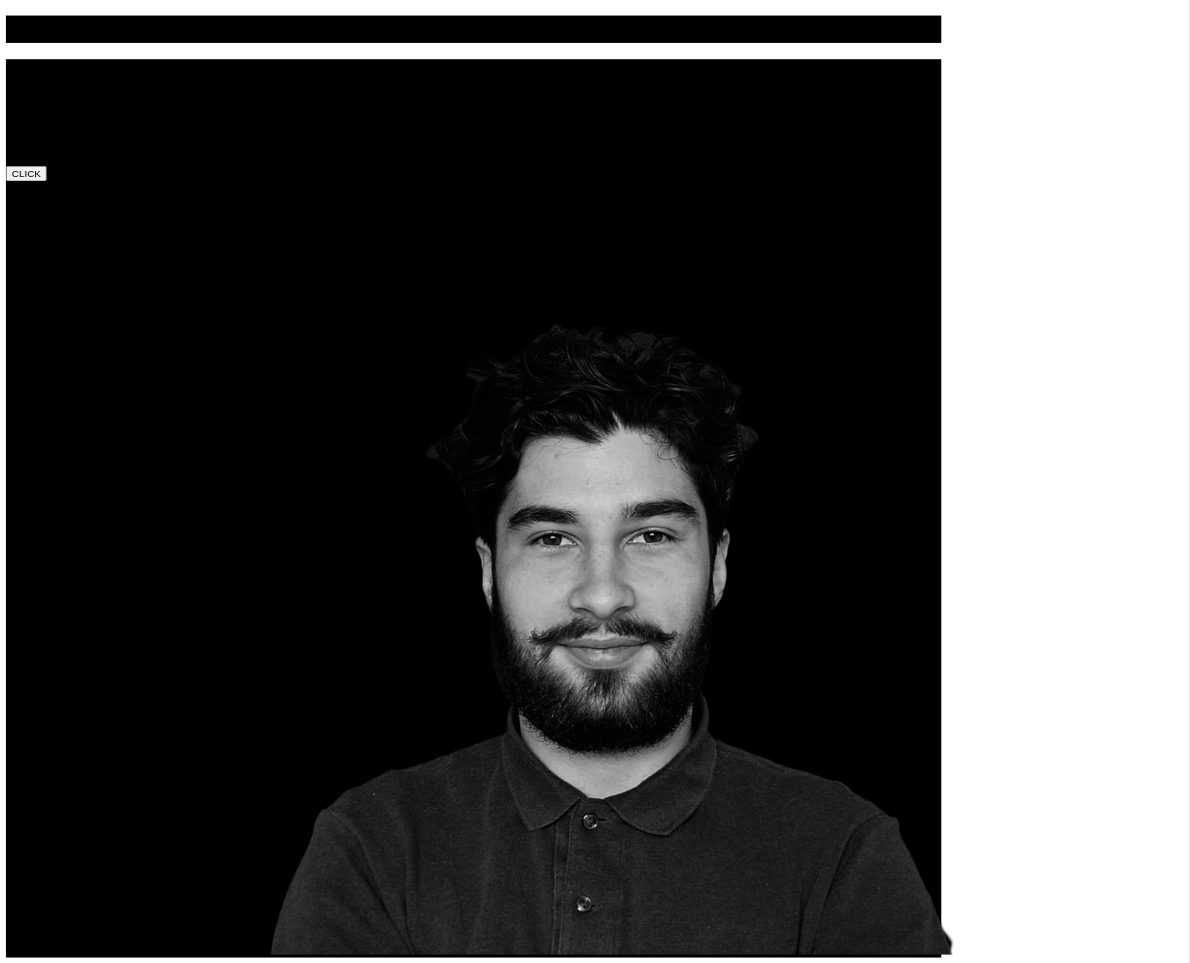
Repository: romgrm/portfolioRomgrm
Page: /
These files come from the project's save history. The page is drawn as it stood at one moment and after a run of saves; the edit follows.
The browser window is 1280 px wide. The page is 1608 px wide, so the pictures cover 1608 px, including what lies to the right of the window. The pictures show the whole page, at 74% of full size.
The project was rebuilt for these pictures with package versions that can differ from the ones it lists, and the page was loaded fresh each time. A package was used in the major version that the imports need, not the one package.json lists. Also part of the build but not shown: src/components/About.js, src/components/Work.js, src/Styles/main.css.

Above is the page before, as saved 2020-12-16 20:15:12.

After the next 4 saves:
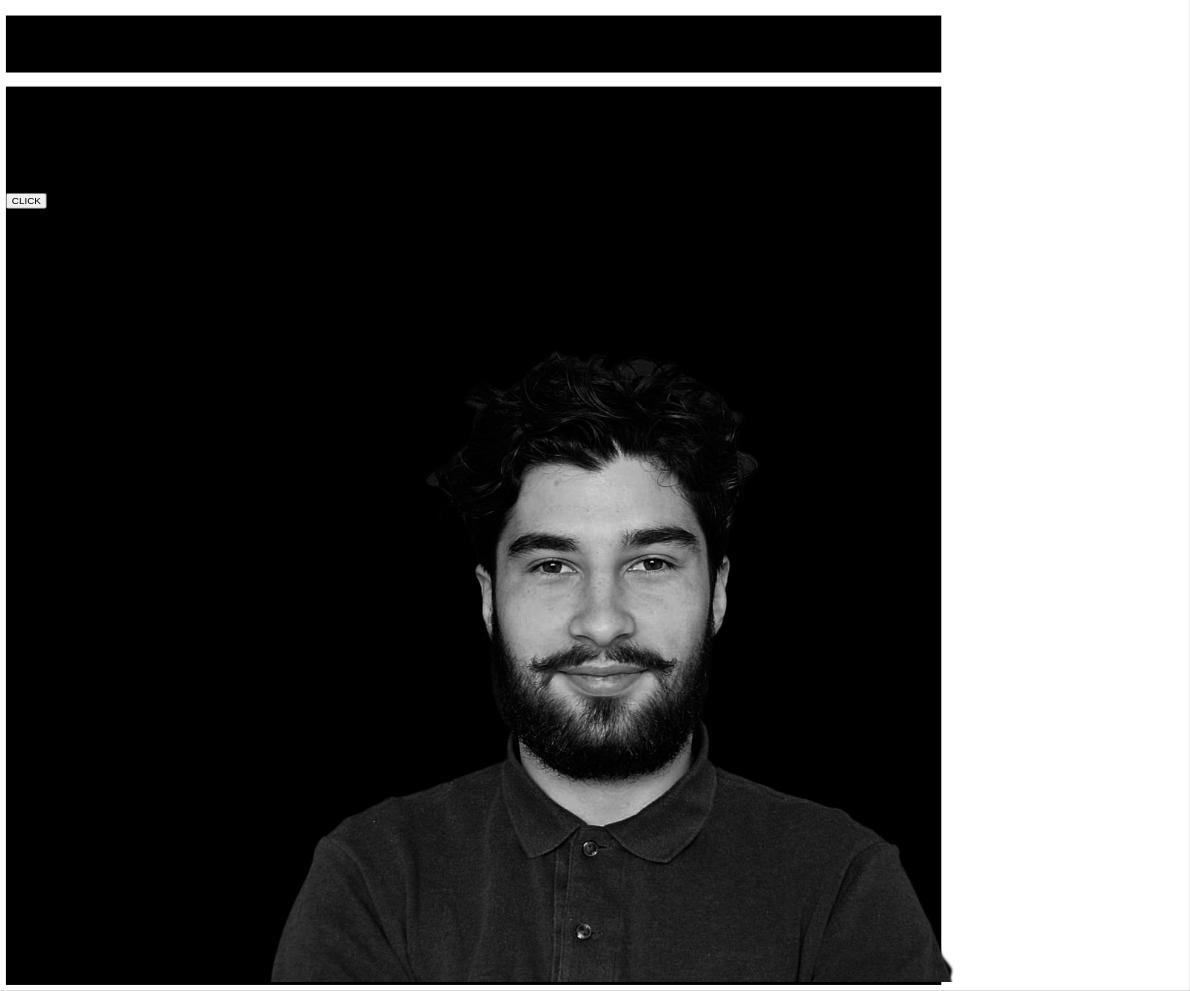
The 4 saves are shown as one change because 2 did not build or start and some came seconds apart.
The last was saved 31 s later.
--- a/src/components/Navigation.js
+++ b/src/components/Navigation.js
@@ -10,7 +10,7 @@ export default function Navigation() {
             <div className="flex items-center justify-between w-10/12 mx-auto py-3 text-white">
                 <h1 className="text-2xl">{content.nav.logo} </h1>
                 <div className="flex mr-3">
-                    {content.nav.links.text}
+                    {content.nav.links[0]}
                 </div>
             </div>
         </div>
--- a/src/content/index.js
+++ b/src/content/index.js
@@ -1,10 +1,10 @@
 export default {
   nav: {
     logo: 'Hello',
-     links: [
-      { text: 'Work', to: '/work' },
-      { text: 'About', to: '/about' },
-      { text: 'Contact', to: 'mycontact' },
+     links: ['Work', 'About', 'Contact'
+      // { text: 'Work', to: '/work' },
+      // { text: 'About', to: '/about' },
+      // { text: 'Contact', to: 'mycontact' },
     ],
   },
   header: {
